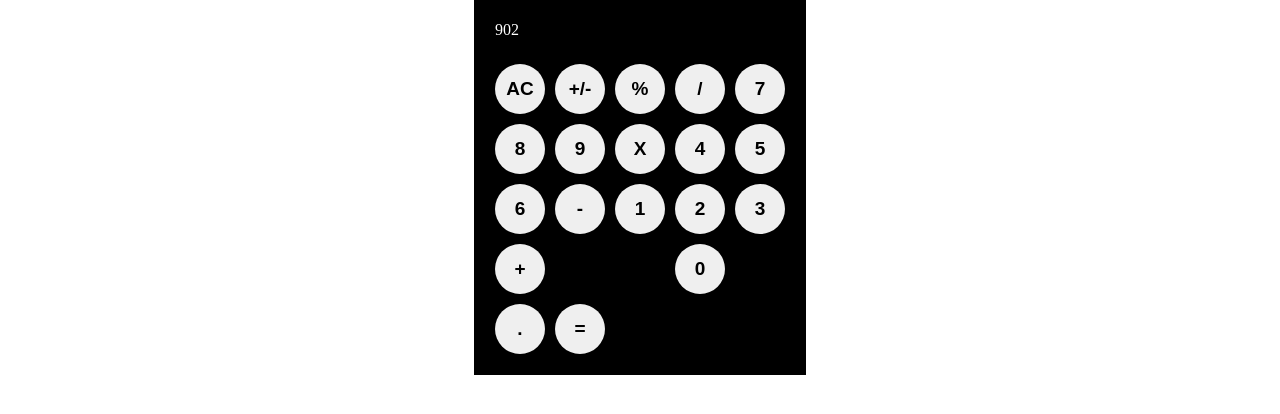
Repository: dmpelaez/calculator
Page: Calculator.html
The author's editor kept a copy of each file at every save. The page is drawn from the files as they stood at one save, then again after the next save.
The browser window is 1280 px wide. The pictures show the whole page.

Above is the page before, as saved 2025-12-15 19:59:59.

After the next save:
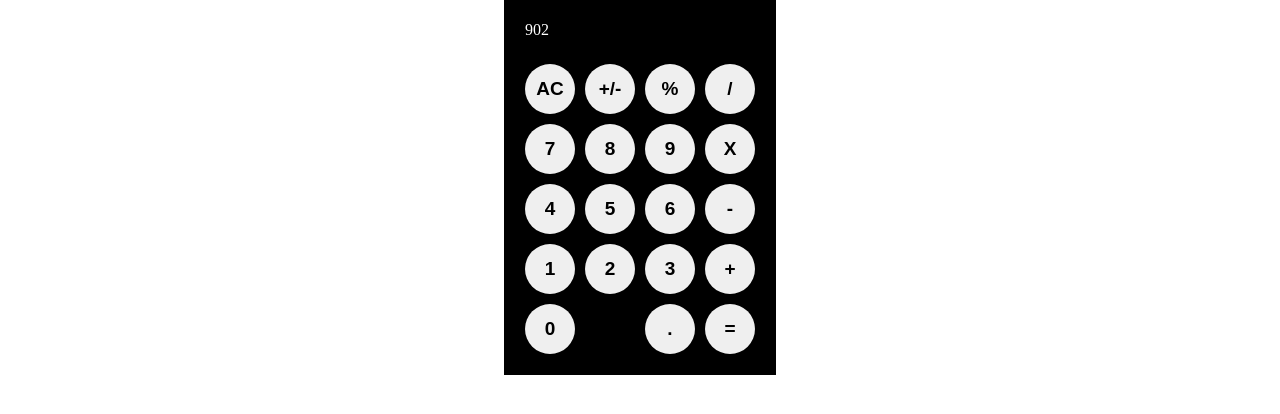
Saved 6 s later.
--- a/Calculator.css
+++ b/Calculator.css
@@ -37,5 +37,5 @@ background: black;
   Font-size: 19px;
 }
 .zero {
-  grid-column: 4 / 2 span;
+  grid-column: 1 / 2 span;
 }
